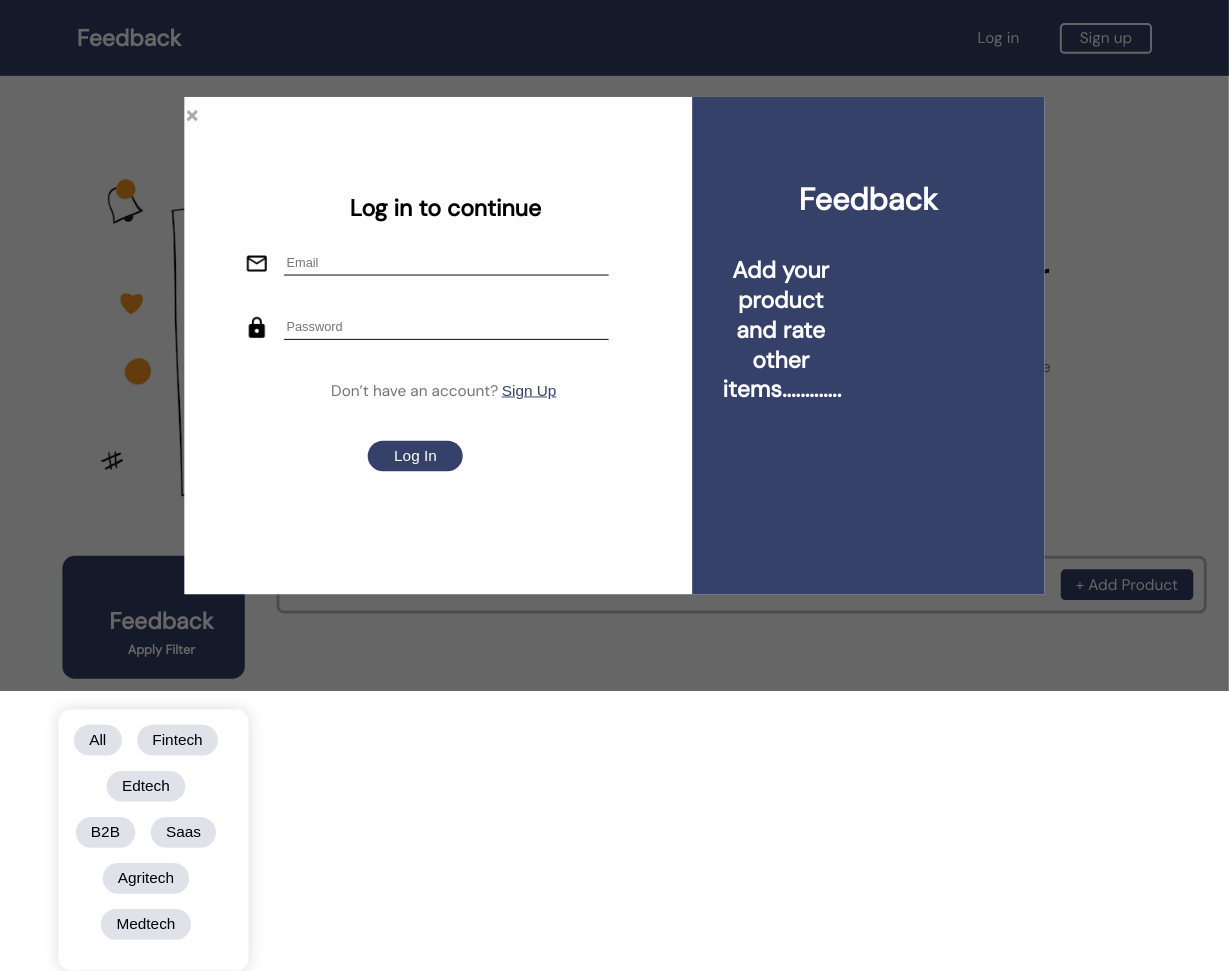
Repository: drumsmanku/final-evaluation-test
Page: / (app in client/), after clicking the first element matching `button.btn-main-page-login`
The author's editor kept a copy of each file at every save. The page is drawn from the files as they stood at one save, then again after the next save.
The browser window is 1280 px wide. The pictures show the whole page, at 96% of full size.
The page's requests for data from a server got no answer. The project was rebuilt for these pictures with package versions that can differ from the ones it lists, and the page was loaded fresh each time. No one was signed in, and anything a server would have sent is missing. Also part of the build but not shown: client/src/Components/SignupPopUp.js, client/src/Components/SignUp.js, client/src/Components/Login.js.

Above is the page before, as saved 2023-07-30 08:51:26.

After the next save:
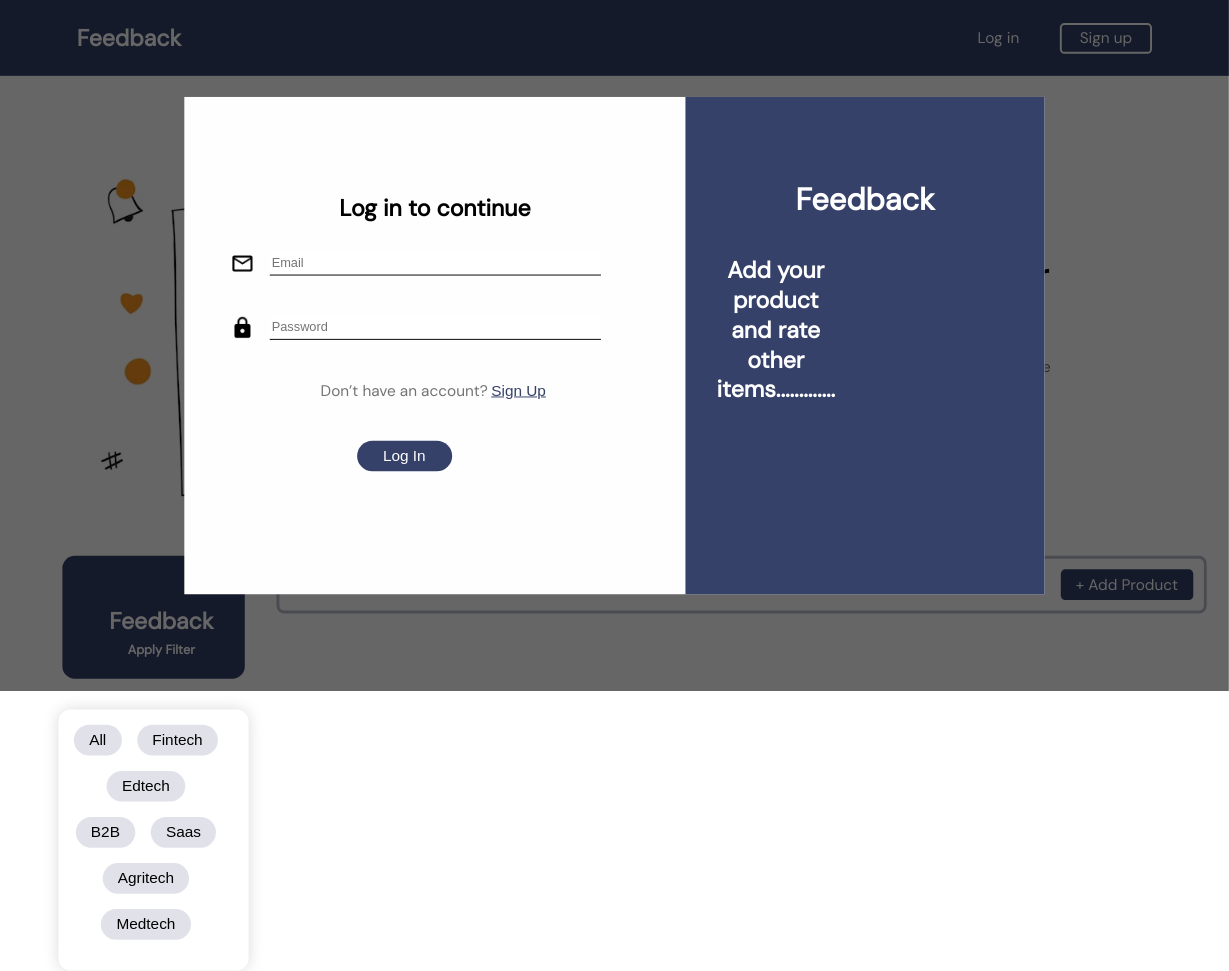
Saved 20 s later.
--- a/client/src/Components/LoginPopUp.js
+++ b/client/src/Components/LoginPopUp.js
@@ -56,9 +56,7 @@ function LoginPopUp({ closeModal, showLoginModal }) {
             <div className="modal-login-content" onClick={handleClickInside}>
 
               <div className="modal-login-body">
-              <span className="close" onClick={closeModal}> {/* Close Modal onClick */}
-                &times;
-              </span>
+
               <form className='modal-login-body-left'>
               <h2>Log in to continue</h2>
 
